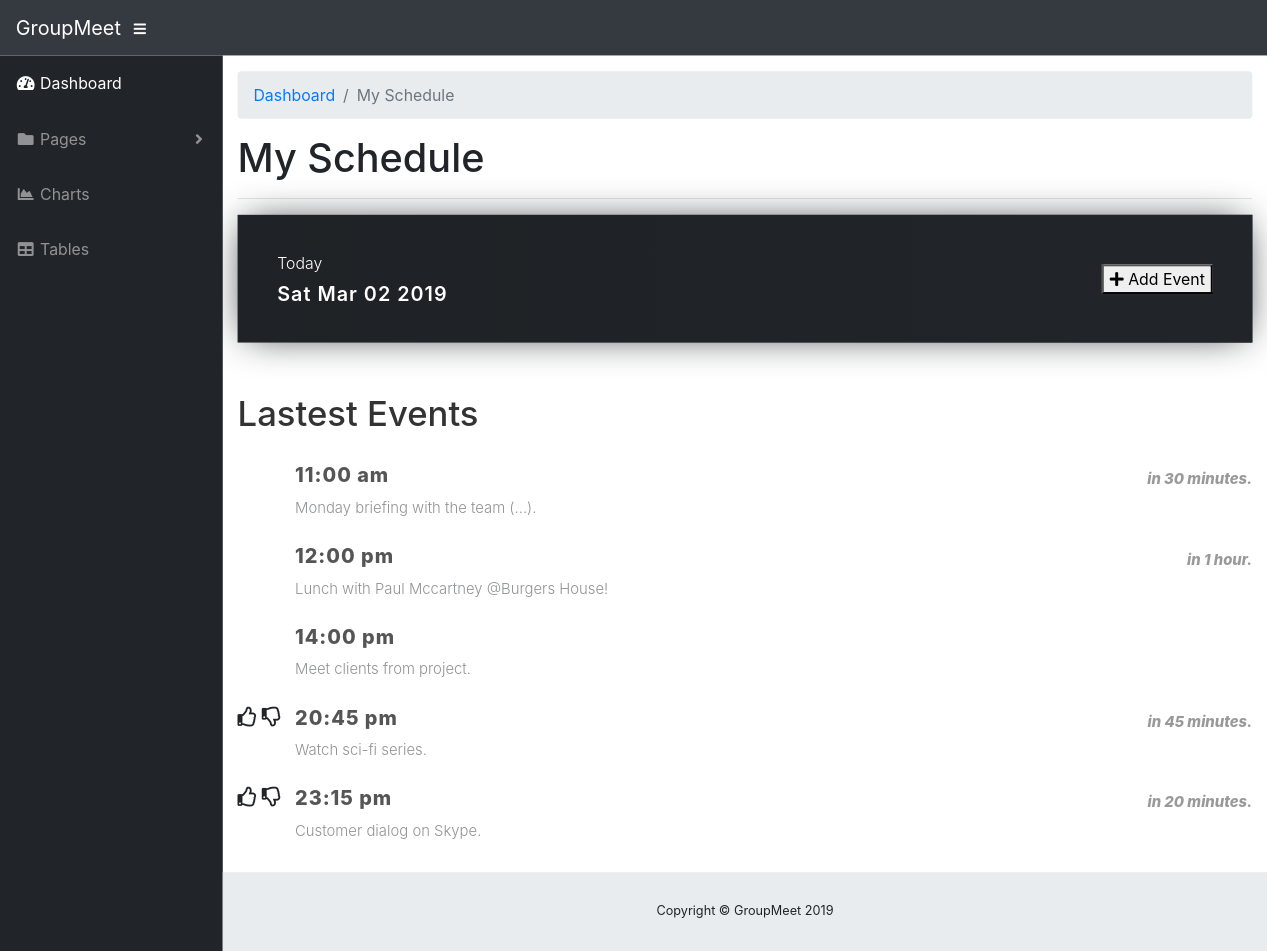
Repository: Map2g/GroupMeet
Page: view_personal_event.html
The author's editor kept a record of every edit. The page is drawn from the files as they stood at one moment, then again after the next edit.
The browser window is 1280 px wide. The pictures show the whole page, at 99% of full size.
An inner scrolling area shows only its first screen.

Above is the page before.

### view_personal_event.html
<!DOCTYPE html>
  <meta charset="utf-8">
  <meta http-equiv="X-UA-Compatible" content="IE=edge">
  <meta name="viewport" content="width=device-width, initial-scale=1, shrink-to-fit=no">
  <meta name="description" content="">
  <meta name="author" content="">

  <title>SB Admin - Dashboard</title>

  <!-- Custom fonts for this template-->
  <link href="vendor/fontawesome-free/css/all.min.css" rel="stylesheet" type="text/css">

  <!-- Page level plugin CSS-->
  <link href="vendor/datatables/dataTables.bootstrap4.css" rel="stylesheet">


  <!-- Custom styles for this template-->
  <link href="css/sb-admin.css" rel="stylesheet">
  <link href="mysched.css" rel="stylesheet">

</head>

<body id="page-top">

  <nav class="navbar navbar-expand navbar-dark bg-dark static-top">

    <a class="navbar-brand mr-1" href="index.html">GroupMeet</a>

    <button class="btn btn-link btn-sm text-white order-1 order-sm-0" id="sidebarToggle" href="#">
      <i class="fas fa-bars"></i>
    </button>

    <!-- Navbar Search
    <form class="d-none d-md-inline-block form-inline ml-auto mr-0 mr-md-3 my-2 my-md-0">
      <div class="input-group">
        <input type="text" class="form-control" placeholder="Search for..." aria-label="Search" aria-describedby="basic-addon2">
        <div class="input-group-append">
          <button class="btn btn-primary" type="button">
            <i class="fas fa-search"></i>
          </button>
        </div>
      </div>
    </form>

    <!-- Navbar
    <ul class="navbar-nav ml-auto ml-md-0">
      <li class="nav-item dropdown no-arrow mx-1">
        <a class="nav-link dropdown-toggle" href="#" id="alertsDropdown" role="button" data-toggle="dropdown" aria-haspopup="true" aria-expanded="false">
          <i class="fas fa-bell fa-fw"></i>
          <span class="badge badge-danger">9+</span>
        </a>
        <div class="dropdown-menu dropdown-menu-right" aria-labelledby="alertsDropdown">
          <a class="dropdown-item" href="#">Action</a>
          <a class="dropdown-item" href="#">Another action</a>
          <div class="dropdown-divider"></div>
          <a class="dropdown-item" href="#">Something else here</a>
        </div>
      </li>
      <li class="nav-item dropdown no-arrow mx-1">
        <a class="nav-link dropdown-toggle" href="#" id="messagesDropdown" role="button" data-toggle="dropdown" aria-haspopup="true" aria-expanded="false">
          <i class="fas fa-envelope fa-fw"></i>
          <span class="badge badge-danger">7</span>
        </a>
        <div class="dropdown-menu dropdown-menu-right" aria-labelledby="messagesDropdown">
          <a class="dropdown-item" href="#">Action</a>
          <a class="dropdown-item" href="#">Another action</a>
          <div class="dropdown-divider"></div>
          <a class="dropdown-item" href="#">Something else here</a>
        </div>
      </li>
      <li class="nav-item dropdown no-arrow">
        <a class="nav-link dropdown-toggle" href="#" id="userDropdown" role="button" data-toggle="dropdown" aria-haspopup="true" aria-expanded="false">
          <i class="fas fa-user-circle fa-fw"></i>
        </a>
        <div class="dropdown-menu dropdown-menu-right" aria-labelledby="userDropdown">
          <a class="dropdown-item" href="#">Settings</a>
          <a class="dropdown-item" href="#">Activity Log</a>
          <div class="dropdown-divider"></div>
          <a class="dropdown-item" href="#" data-toggle="modal" data-target="#logoutModal">Logout</a>
        </div>
      </li>
    </ul>-->

  </nav>

  <div id="wrapper">

    <!-- Sidebar -->
    <ul class="sidebar navbar-nav">
      <li class="nav-item active">
        <a class="nav-link" href="index.html">
          <i class="fas fa-fw fa-tachometer-alt"></i>
          <span>Dashboard</span>
        </a>
      </li>
      <li class="nav-item dropdown">
        <a class="nav-link dropdown-toggle" href="#" id="pagesDropdown" role="button" data-toggle="dropdown" aria-haspopup="true" aria-expanded="false">
          <i class="fas fa-fw fa-folder"></i>
          <span>Pages</span>
        </a>
        <div class="dropdown-menu" aria-labelledby="pagesDropdown">
          <h6 class="dropdown-header">Login Screens:</h6>
          <a class="dropdown-item" href="login.html">Login</a>
          <a class="dropdown-item" href="register.html">Register</a>
          <a class="dropdown-item" href="forgot-password.html">Forgot Password</a>
          <div class="dropdown-divider"></div>
          <h6 class="dropdown-header">Group Management:</h6>
          <a class="dropdown-item" href="register_group.html">Create a Group</a>
          <a class="dropdown-item" href="blank.html">View Group</a>
        </div>
      </li>
      <li class="nav-item">
        <a class="nav-link" href="charts.html">
          <i class="fas fa-fw fa-chart-area"></i>
          <span>Charts</span></a>
      </li>
      <li class="nav-item">
        <a class="nav-link" href="tables.html">
          <i class="fas fa-fw fa-table"></i>
          <span>Tables</span></a>
      </li>
    </ul>

    <div id="content-wrapper">

      <div class="container-fluid">

        <!-- Breadcrumbs-->
        <ol class="breadcrumb">
          <li class="breadcrumb-item">
            <a href="index.html">Dashboard</a>
          </li>
          <li class="breadcrumb-item active">My Schedule</li>
        </ol>

        <!-- Page Content -->
        <h1>My Schedule</h1>
        <hr>

         <!--======= Today =======-->

       <section class="today-box" id="today-box">
          <span class="breadcrumb2">Today</span>
          <h3 class="date-title"><script>document.write(new Date().toDateString());</script></h3>
          <div class="plus-icon2">

             <button id="addEvent" class="btn-block">
                <i class="fa fa-plus"></i>
                Add Event
             </button>

            <script type="text/javascript">
              document.getElementById("addEvent").onclick = function () {
              window.location.href = "register_personal_event.html";
              };
            </script>

          </div>
       </section>

       <!--======= Upcoming Events =======-->

       <section class="upcoming-events">
          <div class="upcoming-events-head">
            Lastest Events
          </div>
             <div class="events-wrapper">
                <div class="event">
                   <h4 class="event__point">11:00 am</h4>
                   <span class="event__duration">in 30 minutes.</span>
                   <p class="event__description">
                      Monday briefing with the team (...).
                   </p>
                </div>
                <div class="event">
                   <h4 class="event__point">12:00 pm</h4>
                   <span class="event__duration">in 1 hour.</span>
                   <p class="event__description">
                      Lunch with Paul Mccartney @Burgers House!
                   </p>
                </div>
                <div class="event active">
                   <i class="ion ion-ios-radio-button-on icon-in-active-mode"></i>
                   <h4 class="event__point">14:00 pm</h4>
                   <p class="event__description">
                      Meet clients from project.
                   </p>
                </div>
                <div class="event">
                  <div class="i3">

                    <div class="hiddenradio">
                      <label>
                        <input type="radio" name="thumbs" value="up">
                        <i class="far fa-thumbs-up"></i>
                      </label>
                      <label>
                        <input type="radio" name="thumbs" value="down">
                        <i class="far fa-thumbs-down"></i>
                      </label>
                      </div>

                   </div>
                   <h4 class="event__point">20:45 pm</h4>
                   <span class="event__duration">in 45 minutes.</span>
                   <p class="event__description">
                      Watch sci-fi series.
                   </p>
                </div>
                <div class="event">
                   <div class="i3">
                    <div class="hiddenradio">
                      <label>
                        <input type="radio" name="thumbs" value="up">
                        <i class="far fa-thumbs-up"></i>
                      </label>
                      <label>
                        <input type="radio" name="thumbs" value="down">

          <!--Will need to have a unique "name category for every event listed-->
          <!--Also there's no point in having a voting option for your own schedule.-->
          <!-- this is just a template for the other pages I guess -->

                        <i class="far fa-thumbs-down"></i>
                      </label>
                      </div>
                   </div>
                   <h4 class="event__point">23:15 pm</h4>
                   <span class="event__duration">in 20 minutes.</span>
                   <p class="event__description">
                      Customer dialog on Skype.
                   </p>
                </div>
             </div>

          <!--</div>-->
       </section>


      </div>
      <!-- /.container-fluid -->

      <!-- Sticky Footer -->
      <footer class="sticky-footer">
        <div class="container my-auto">
          <div class="copyright text-center my-auto">
            <span>Copyright © GroupMeet 2019</span>
          </div>
        </div>
      </footer>

    </div>
    <!-- /.content-wrapper -->

  </div>
  <!-- /#wrapper -->

  <!-- Scroll to Top Button-->
  <a class="scroll-to-top rounded" href="#page-top">
    <i class="fas fa-angle-up"></i>
  </a>

  <!-- Logout Modal-->
  <div class="modal fade" id="logoutModal" tabindex="-1" role="dialog" aria-labelledby="exampleModalLabel" aria-hidden="true">
    <div class="modal-dialog" role="document">
      <div class="modal-content">
        <div class="modal-header">
          <h5 class="modal-title" id="exampleModalLabel">Ready to Leave?</h5>
          <button class="close" type="button" data-dismiss="modal" aria-label="Close">
            <span aria-hidden="true">×</span>
          </button>
        </div>
        <div class="modal-body">Select "Logout" below if you are ready to end your current session.</div>
        <div class="modal-footer">
          <button class="btn btn-secondary" type="button" data-dismiss="modal">Cancel</button>
          <a class="btn btn-primary" href="login.html">Logout</a>
        </div>
      </div>
    </div>
  </div>

  <!-- Bootstrap core JavaScript-->
  <script src="vendor/jquery/jquery.min.js"></script>
  <script src="vendor/bootstrap/js/bootstrap.bundle.min.js"></script>

  <!-- Core plugin JavaScript-->
  <script src="vendor/jquery-easing/jquery.easing.min.js"></script>

  <!-- Custom scripts for all pages-->
  <script src="js/sb-admin.min.js"></script>

</body>

</html>

### mysched.css
/*   To be combined with sb-admin.css???  */

html {
   box-sizing: border-box;
}

/*
*, *:before, *:after {
   box-sizing: inherit;
}

* {
   outline: 0;
}

/*body {
   background: linear-gradient(45deg, rgb(19, 73, 95), rgb(118, 75, 226), rgb(131, 115, 198), rgb(119, 211, 185));
   background-attachment: fixed;
   height:100vh;
   padding: 3rem 0;
   margin: 0;
   color: #555;
   font: {
      family: 'Lato', sans-serif;
      size: 14px;
   }
}*/

/*.container {
   width: 90%;
   margin: auto;
}*/

/*.mobile-wrapper {*/
/*   background: #fff;*/
   /* relative with .today-box::before*/
/*   z-index: 1;  /*positive // PARENT */
/*   position: relative;*/
   /*---------*/
/*   width: 380px;*/
/*   min-height: 100%;*/
/*   margin: auto;*/
/*   padding: 10px 0 20px;*/
/*   border-radius: 10px;*/
/*   box-shadow: 0px 10px 30px -10px #000;*/
/*   overflow: hidden;*/
/*}*/

/*.header {
   padding-bottom: 15px;
   margin-bottom: 40px;
   .container {
      position: relative;
      span {
         color: #444;
         font: {
            family: 'Ramabhadra';
            size: 21px;
            weight: 700;
         }
      }
      h1 {
         margin-top: 5px;
         color: #919294;
         font: {
            size: 13px;
            weight: 300;
         }
      }

      .menu-toggle {
         width: 25px;
         height: 25px;
         background: #fff;
         padding: 24px;
         border-radius: 50%;
         direction: rtl;
         display: flex;
         align-items: center;
         justify-content: center;
         box-shadow: 0px 10px 30px -14px #000;
         position: absolute;
         top: 0;
         right: 0;
         cursor: pointer;
         span {
            display: block;
            width: 25px;
            height: 2px;
            background: #777;
            border-radius: 2px;
            transition: all 300ms ease;
            &:not(:last-child) {
               margin-bottom: 5px;
            }
            &:first-child {
               width: 20px;
            }
            &:last-child {
               width: 15px;
            }
         }
         &:hover span:first-child,
         &:hover span:last-child {
            width: 100%;
         }
      }
      &::before {
         content: "";
         display: block;
         width: 0;
         height: 0;
         border: 6px solid transparent;
         border-left-color: #e8e8e8;
         position: absolute;
         bottom: -13px;
         right: 0px;
      }
      &::after {
         content: "";
         display: block;
         width: calc(100% - 10px);
         height: 2px;
         background-color: #e8e8e8;
         position: relative;
         top: 8px;
      }
   }
}*/

.today-box {
   background: linear-gradient(to left, #212529, rgba(0, 0, 0, 0.075)), #212529;
   color: #FFF;
   padding: 37px 40px;
   position: relative;
   box-shadow: 0px 0px 40px -9px #212529;
   margin-bottom: 50px;

}

.breadcrumb2 {
   font-weight: 300;
   position: relative;
}

.date-title {
   font-size: 20px;
   margin: 7px 0 0 0;
   letter-spacing: 1px;
   font-weight: 600;
   text-shadow: 0px 0px 5px  rgba(#000, 0.15);

}

.plus-icon2 {
   position: absolute;
   top: 50%;
   transform: translateY(-50%);
   right: 40px;
   cursor: pointer;
   transition: all 350ms ease;
   transition-timing-function: cubic-bezier(0.05,1.8,1,1.57);
}

i2 {
   font-size: 30px;
   font-weight: 700;
   background: #fff;
   color: #777;
   width: 45px;
   height: 45px;
   border: 6px solid #212529;
   border-radius: 50%;
   display: flex;
   align-items: center;
   justify-content: center;
}

      .upcoming-events-head {
         color: #333;
         font-size: 35px;
         margin-bottom: 30px;
         font-weight: 500;
         line-height: 1.2;
         position: relative;
      }

      .events-wrapper {
         margin-bottom: 30px;
      }
         .event {
            position: relative;
            margin-bottom: 25px;
            padding-left:58px;
            cursor: pointer;
         }
            .i3 {
               font-size: 20px;
               font-weight: 100;
               position: absolute;
               left: 0;
               top: -4px;
            }
            .event__point {
               margin: 0;
               color: #555;
               font-size: 20px;
               font-weight: 800;
               letter-spacing: 1px;
            }

            .event__duration {
               position: absolute;
               top: 5px;
               right: 0;
               color: #999;
               font-size: 15px;
               font-weight: 800;
               font-style: italic;
            }

            .event__description {
               margin-top: 10px;
               color: #919294;      /*Pick darker color later*/
               font-size: 15px;
               font-weight: 300;
            }
               .i4 {
                  position: absolute;
                  left: 25px;
                  top: 17px;
               }


/* Voting buttons are radio for now but if vating is actually going to matter they
   will have to be buttons that do something like update a vote quantity in the dB
   by one or something... */

/* HIDE RADIO */
.hiddenradio input[type="radio"] {
  position: absolute;
  opacity: 0;
  width: 0;
  height: 0;
}

/* IMAGE STYLES */
.hiddenradio input[type="radio"] + i {
  cursor: pointer;
}

/* CHECKED STYLES */
.hiddenradio [type="radio"]:checked + i {
  color: #ee6b51;
}


/*.add-event-button {
   display: flex;
   align-items: center;
   margin-left: auto;
   border: 0;
   padding: 0;
   background: linear-gradient(to left, #485fed, rgba(255, 44, 118, .25)), #485fed;
   border-radius: 50px;
   cursor: pointer;
   box-shadow: 0px 0px 40px -9px #485fed;
   .add-event-button__title{
      color: #FFF;
      padding: 0 18px 0 23px;
      text-shadow: 0px 0px 5px  rgba(#000, 0.2);
      font: {
         family: 'Lato';
         size: 15px;
         weight: 600;
      }
   }
   .add-event-button__icon {
      display: inline-block;
      background: rgba(#FFF, 0.1);
      padding: 0 17px 0 12px;
      height: 100%;
      i {
         margin: 0;
         color: #fff;
         font-size: 25px;
         padding: 13px 0;
      }
   }
}*/

Loaded but not shown: vendor/fontawesome-free/css/all.min.css (library); vendor/datatables/dataTables.bootstrap4.css (library); css/sb-admin.css (library); vendor/jquery/jquery.min.js (library); vendor/bootstrap/js/bootstrap.bundle.min.js (library); vendor/jquery-easing/jquery.easing.min.js (common file); js/sb-admin.min.js (common file)

After the next edit:
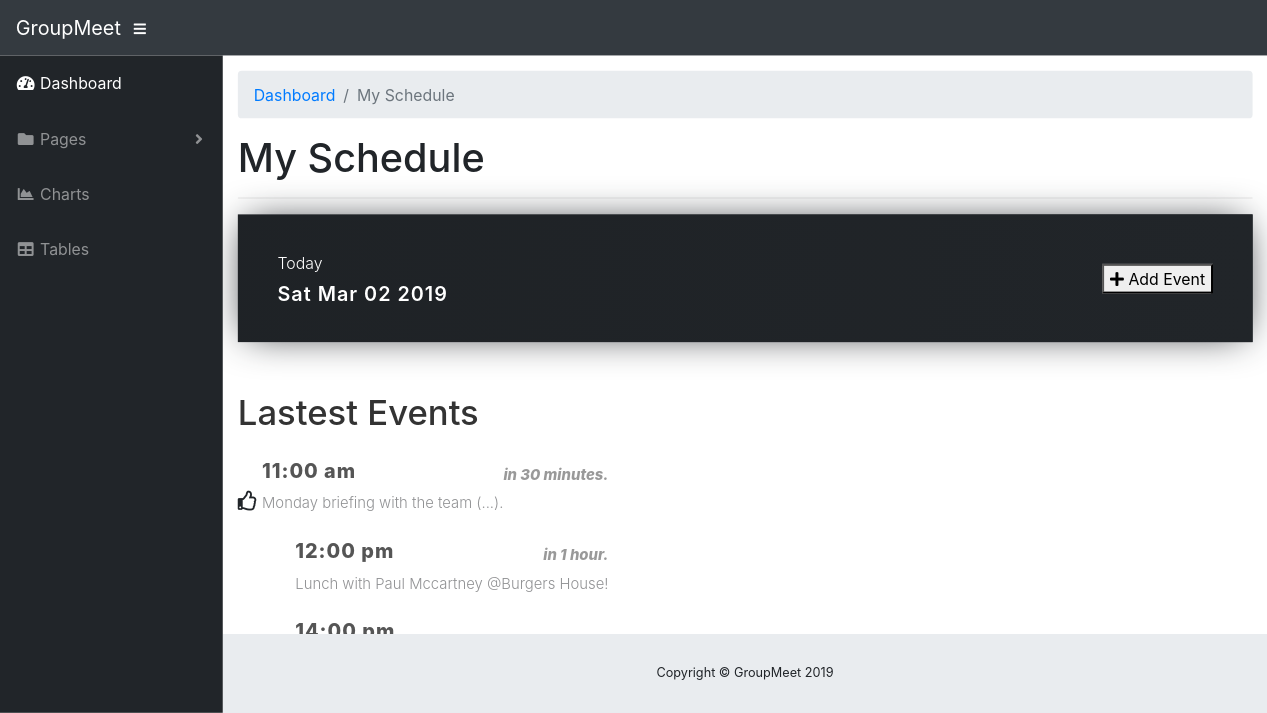
The edit:
--- a/view_personal_event.html
+++ b/view_personal_event.html
@@ -166,6 +166,14 @@
           </div>
              <div class="events-wrapper">
                 <div class="event">
+                   <div class="i3">
+                    <div class="hiddenradio">
+                      <label>
+                        <input type="radio" name="thumbs" value="up">
+                        <i class="far fa-thumbs-up"></i>
+                      </label>
+                      <label>
+                        <input type="radio" name="thumbs" value="down">
                    <h4 class="event__point">11:00 am</h4>
                    <span class="event__duration">in 30 minutes.</span>
                    <p class="event__description">

After the edit that followed:
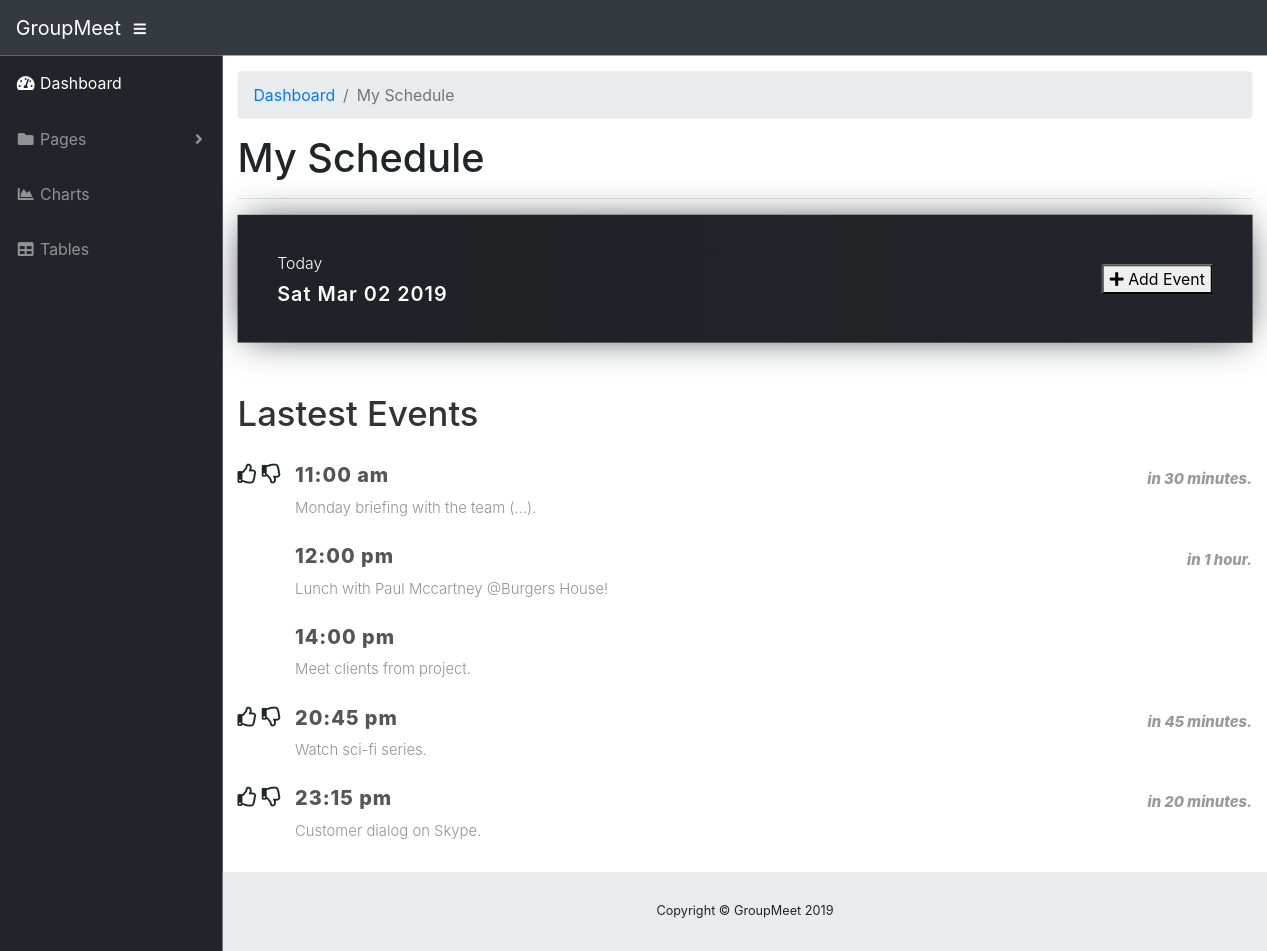
The edit:
--- a/view_personal_event.html
+++ b/view_personal_event.html
@@ -174,6 +174,10 @@
                       </label>
                       <label>
                         <input type="radio" name="thumbs" value="down">
+                        <i class="far fa-thumbs-down"></i>
+                      </label>
+                      </div>
+                   </div>
                    <h4 class="event__point">11:00 am</h4>
                    <span class="event__duration">in 30 minutes.</span>
                    <p class="event__description">
